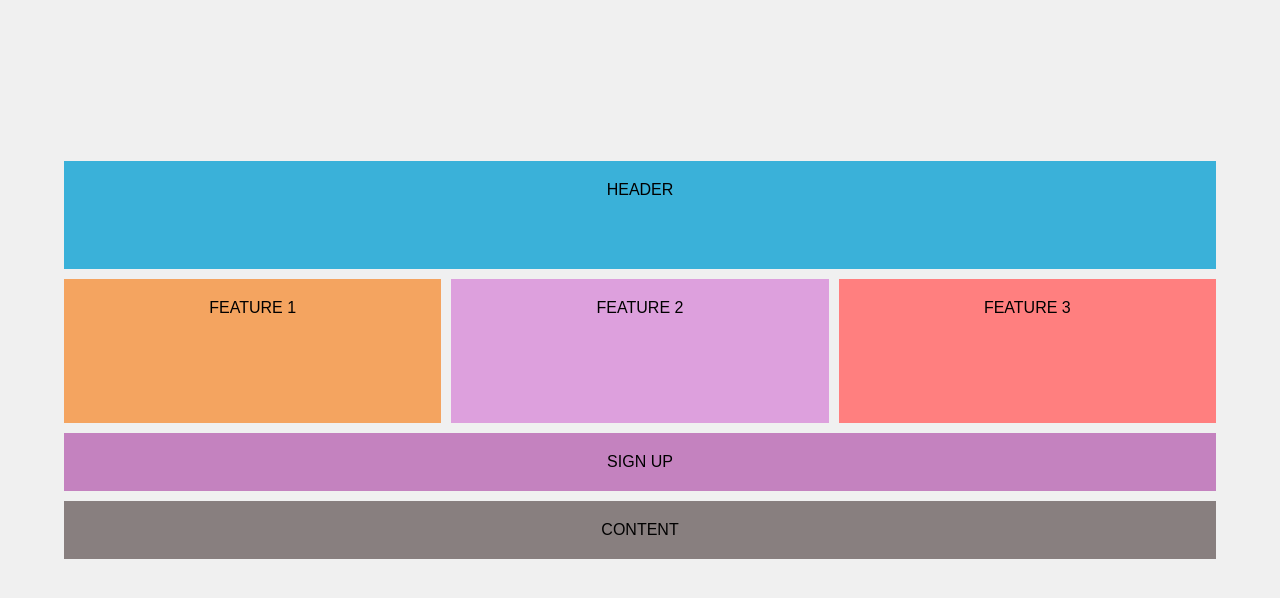
Repository: viveknaidu007/repo-152-FSD-InnomaticsTasksSep2024
Page: task_3/index.html
These files come from the project's save history. The page is drawn as it stood at one moment and after the next save; the edit follows.
The browser window is 1280 px wide. The pictures show the whole page.

Above is the page before, as saved 2024-10-02 11:34:39.

### task_3/index.html
<!DOCTYPE html>
<html lang="en">
<head>
  <meta charset="UTF-8">
  <meta name="viewport" content="width=device-width, initial-scale=1.0">
  <title>Responsive Layout</title>
  <link rel="stylesheet" href="styles.css">
</head>
<body>
  <div class="container">
    <header class="header">HEADER</header>
    <div class="content">CONTENT</div>
    <div class="signup">SIGN UP</div>
    <div class="feature feature1">FEATURE 1</div>
    <div class="feature feature2">FEATURE 2</div>
    <div class="feature feature3">FEATURE 3</div>
  </div>
</body>
</html>

### task_3/styles.css
* {
    margin: 0;
    padding: 0;
    box-sizing: border-box;
  }

  body {
    font-family: Arial, sans-serif;
    display: flex;
    justify-content: center;
    align-items: center;
    height: 100vh;
    background-color: #f0f0f0;
  }



  .container {
    display: grid;
    grid-template-areas:
      "header"
      "content"
      "signup"
      "feature1"
      "feature2"
      "feature3";
    grid-template-columns: 1fr;
    gap: 10px;
    width: 90%;
    max-width: 1200px;
  }

  .header {
    grid-area: header;
    background-color: #3ab1d9;
    text-align: center;
    padding: 20px;
    position: static;
    height: 15vh;
  }

  .content {
    grid-area: content;
    background-color: #887f7f;
    text-align: center;
    padding: 20px;
  }

  .signup {
    grid-area: signup;
    background-color: hwb(305 51% 23%);
    text-align: center;
    padding: 20px;
  }

  .feature {
    background-color: #dda0dd;
    text-align: center;
    padding: 20px;
  }

  .feature1 {
    background-color: #f4a460;
    height:20vh;
  }

  .feature2 {
    background-color: #dda0dd;
    height:20vh
  }

  .feature3 {
    background-color: #ff7f7f;
  }


  @media(min-width: 768px) {
    .container {
      grid-template-areas:
        "header header"
        "content content"
        "signup feature1"
        "feature2 feature3";
      grid-template-columns: 1fr 1fr;
    }
  }

  @media(min-width: 1024px) {
    .container {
      grid-template-areas:
        "header header header"
        "feature1 feature2 feature3"
        "signup signup signup"
        "content content content";
      grid-template-columns: repeat(3, 1fr);
    }
  }

After the next save:
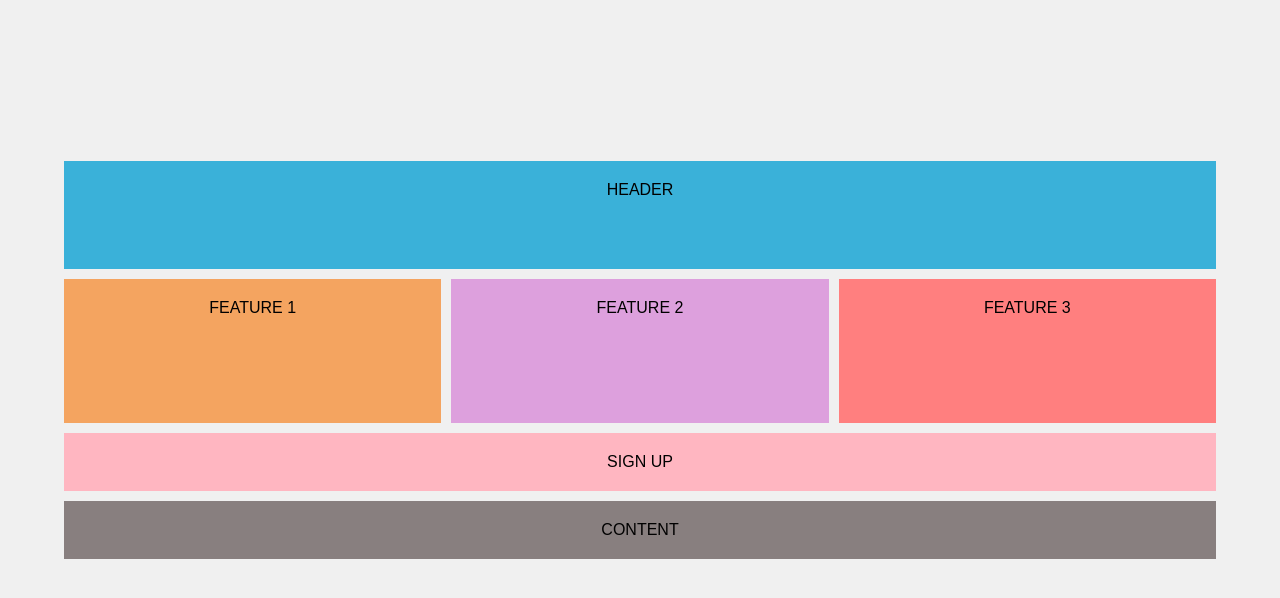
Saved 7 s later.
--- a/task_3/styles.css
+++ b/task_3/styles.css
@@ -48,7 +48,7 @@
 
   .signup {
     grid-area: signup;
-    background-color: hwb(305 51% 23%);
+    background-color: #ffb6c1;
     text-align: center;
     padding: 20px;
   }
